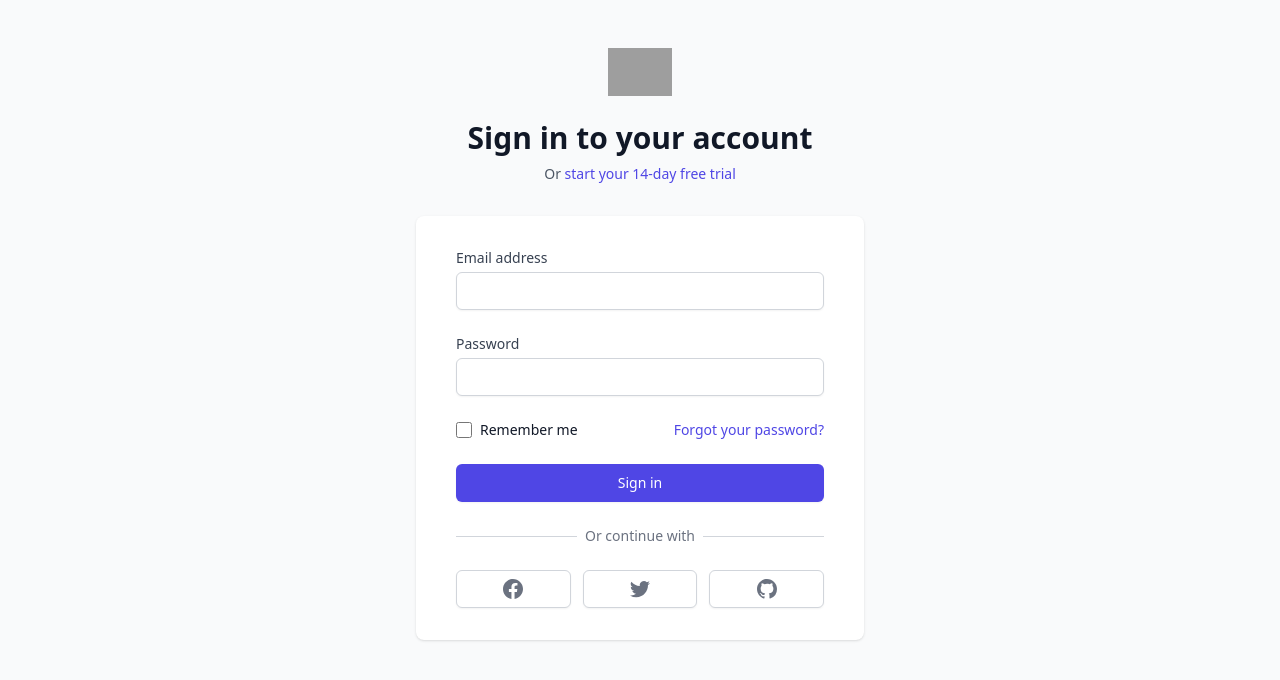
Repository: Dydja/dashAlladjai
Page: /
These files come from the project's save history. The page is drawn as it stood at one moment and after the next save; the edit follows.
The browser window is 1280 px wide. The pictures show the whole page.
Pictures or frames that could not be fetched are drawn as grey boxes. The project was rebuilt for these pictures with package versions that can differ from the ones it lists, and the page was loaded fresh each time. Also part of the build but not shown: vite.config.js.

Above is the page before, as saved 2024-01-28 21:40:02.

### index.html
<!doctype html>
<html lang="en" class="h-full bg-gray-50">
  <head>
    <meta charset="UTF-8" />
    <link rel="icon" href="/favicon.ico" />
    <meta name="viewport" content="width=device-width, initial-scale=1.0" />
    <title>Vite App</title>
  </head>
  <body class="h-full">
    <div id="app"></div>
    <script type="module" src="/src/main.js"></script>
  </body>
</html>

### src/main.js
// import './assets/main.css'
import "./style.css";

import { createApp } from 'vue'
import { createPinia } from 'pinia'

import App from './App.vue'
import router from './router'

const app = createApp(App)

app.use(createPinia())
app.use(router)

app.mount('#app')

### src/App.vue
<script setup>
import { RouterView } from 'vue-router'
// import HelloWorld from './components/HelloWorld.vue' RouterLink
</script>

<template>
  <!-- <header>
    <img alt="Vue logo" class="logo" src="@/assets/logo.svg" width="125" height="125" />

    <div class="wrapper">
      <HelloWorld msg="You did it!" />

      <nav>
        <RouterLink to="/">Home</RouterLink>
        <RouterLink to="/about">About</RouterLink>
        <RouterLink to="/login">Login</RouterLink>
      </nav>
    </div>
  </header> -->

  <RouterView />
</template>

<style scoped>
/* header {
  line-height: 1.5;
  max-height: 100vh;
}

.logo {
  display: block;
  margin: 0 auto 2rem;
}

nav {
  width: 100%;
  font-size: 12px;
  text-align: center;
  margin-top: 2rem;
}

nav a.router-link-exact-active {
  color: var(--color-text);
}

nav a.router-link-exact-active:hover {
  background-color: transparent;
}

nav a {
  display: inline-block;
  padding: 0 1rem;
  border-left: 1px solid var(--color-border);
}

nav a:first-of-type {
  border: 0;
}

@media (min-width: 1024px) {
  header {
    display: flex;
    place-items: center;
    padding-right: calc(var(--section-gap) / 2);
  }

  .logo {
    margin: 0 2rem 0 0;
  }

  header .wrapper {
    display: flex;
    place-items: flex-start;
    flex-wrap: wrap;
  }

  nav {
    text-align: left;
    margin-left: -1rem;
    font-size: 1rem;

    padding: 1rem 0;
    margin-top: 1rem;
  }
} */
</style>

### src/router/index.js
import { createRouter, createWebHistory } from 'vue-router'
import HomeView from '../views/HomeView.vue'

const router = createRouter({
  history: createWebHistory(import.meta.env.BASE_URL),
  routes: [
    {
      path: '/',
      name: 'home',
      component: HomeView
    },
    {
      path: '/login',
      name: 'Login',
      component: () => import('../views/auth/LoginView.vue')
    },
    {
      path: '/about',
      name: 'about',
      // route level code-splitting
      // this generates a separate chunk (About.[hash].js) for this route
      // which is lazy-loaded when the route is visited.
      component: () => import('../views/AboutView.vue')
    }
  ]
})

export default router

### src/views/HomeView.vue
<script setup>
// import TheWelcome from '../components/TheWelcome.vue'
import LoginView from '../views/auth/LoginView.vue'
</script>

<template>
  <main>
    <!-- <TheWelcome /> -->
    <LoginView />
  </main>
</template>

### src/views/auth/LoginView.vue

<template>
    <div class="min-h-full flex flex-col justify-center py-12 sm:px-6 lg:px-8">
        <div class="sm:mx-auto sm:w-full sm:max-w-md">
            <img class="mx-auto h-12 w-auto" src="https://tailwindui.com/img/logos/workflow-mark-indigo-600.svg"
                alt="Workflow" />
            <h2 class="mt-6 text-center text-3xl font-extrabold text-gray-900">Sign in to your account</h2>
            <p class="mt-2 text-center text-sm text-gray-600">
                Or
                {{ ' ' }}
                <a href="#" class="font-medium text-indigo-600 hover:text-indigo-500"> start your 14-day free trial </a>
            </p>
        </div>

        <div class="mt-8 sm:mx-auto sm:w-full sm:max-w-md">
            <div class="bg-white py-8 px-4 shadow sm:rounded-lg sm:px-10">
                <form class="space-y-6" action="#" method="POST">
                    <div>
                        <label for="email" class="block text-sm font-medium text-gray-700"> Email address </label>
                        <div class="mt-1">
                            <input id="email" name="email" type="email" autocomplete="email" required=""
                                class="appearance-none block w-full px-3 py-2 border border-gray-300 rounded-md shadow-sm placeholder-gray-400 focus:outline-none focus:ring-indigo-500 focus:border-indigo-500 sm:text-sm" />
                        </div>
                    </div>

                    <div>
                        <label for="password" class="block text-sm font-medium text-gray-700"> Password </label>
                        <div class="mt-1">
                            <input id="password" name="password" type="password" autocomplete="current-password" required=""
                                class="appearance-none block w-full px-3 py-2 border border-gray-300 rounded-md shadow-sm placeholder-gray-400 focus:outline-none focus:ring-indigo-500 focus:border-indigo-500 sm:text-sm" />
                        </div>
                    </div>

                    <div class="flex items-center justify-between">
                        <div class="flex items-center">
                            <input id="remember-me" name="remember-me" type="checkbox"
                                class="h-4 w-4 text-indigo-600 focus:ring-indigo-500 border-gray-300 rounded" />
                            <label for="remember-me" class="ml-2 block text-sm text-gray-900"> Remember me </label>
                        </div>

                        <div class="text-sm">
                            <a href="#" class="font-medium text-indigo-600 hover:text-indigo-500"> Forgot your password?
                            </a>
                        </div>
                    </div>

                    <div>
                        <button type="submit"
                            class="w-full flex justify-center py-2 px-4 border border-transparent rounded-md shadow-sm text-sm font-medium text-white bg-indigo-600 hover:bg-indigo-700 focus:outline-none focus:ring-2 focus:ring-offset-2 focus:ring-indigo-500">Sign
                            in</button>
                    </div>
                </form>

                <div class="mt-6">
                    <div class="relative">
                        <div class="absolute inset-0 flex items-center">
                            <div class="w-full border-t border-gray-300" />
                        </div>
                        <div class="relative flex justify-center text-sm">
                            <span class="px-2 bg-white text-gray-500"> Or continue with </span>
                        </div>
                    </div>

                    <div class="mt-6 grid grid-cols-3 gap-3">
                        <div>
                            <a href="#"
                                class="w-full inline-flex justify-center py-2 px-4 border border-gray-300 rounded-md shadow-sm bg-white text-sm font-medium text-gray-500 hover:bg-gray-50">
                                <span class="sr-only">Sign in with Facebook</span>
                                <svg class="w-5 h-5" aria-hidden="true" fill="currentColor" viewBox="0 0 20 20">
                                    <path fill-rule="evenodd"
                                        d="M20 10c0-5.523-4.477-10-10-10S0 4.477 0 10c0 4.991 3.657 9.128 8.438 9.878v-6.987h-2.54V10h2.54V7.797c0-2.506 1.492-3.89 3.777-3.89 1.094 0 2.238.195 2.238.195v2.46h-1.26c-1.243 0-1.63.771-1.63 1.562V10h2.773l-.443 2.89h-2.33v6.988C16.343 19.128 20 14.991 20 10z"
                                        clip-rule="evenodd" />
                                </svg>
                            </a>
                        </div>

                        <div>
                            <a href="#"
                                class="w-full inline-flex justify-center py-2 px-4 border border-gray-300 rounded-md shadow-sm bg-white text-sm font-medium text-gray-500 hover:bg-gray-50">
                                <span class="sr-only">Sign in with Twitter</span>
                                <svg class="w-5 h-5" aria-hidden="true" fill="currentColor" viewBox="0 0 20 20">
                                    <path
                                        d="M6.29 18.251c7.547 0 11.675-6.253 11.675-11.675 0-.178 0-.355-.012-.53A8.348 8.348 0 0020 3.92a8.19 8.19 0 01-2.357.646 4.118 4.118 0 001.804-2.27 8.224 8.224 0 01-2.605.996 4.107 4.107 0 00-6.993 3.743 11.65 11.65 0 01-8.457-4.287 4.106 4.106 0 001.27 5.477A4.073 4.073 0 01.8 7.713v.052a4.105 4.105 0 003.292 4.022 4.095 4.095 0 01-1.853.07 4.108 4.108 0 003.834 2.85A8.233 8.233 0 010 16.407a11.616 11.616 0 006.29 1.84" />
                                </svg>
                            </a>
                        </div>

                        <div>
                            <a href="#"
                                class="w-full inline-flex justify-center py-2 px-4 border border-gray-300 rounded-md shadow-sm bg-white text-sm font-medium text-gray-500 hover:bg-gray-50">
                                <span class="sr-only">Sign in with GitHub</span>
                                <svg class="w-5 h-5" aria-hidden="true" fill="currentColor" viewBox="0 0 20 20">
                                    <path fill-rule="evenodd"
                                        d="M10 0C4.477 0 0 4.484 0 10.017c0 4.425 2.865 8.18 6.839 9.504.5.092.682-.217.682-.483 0-.237-.008-.868-.013-1.703-2.782.605-3.369-1.343-3.369-1.343-.454-1.158-1.11-1.466-1.11-1.466-.908-.62.069-.608.069-.608 1.003.07 1.531 1.032 1.531 1.032.892 1.53 2.341 1.088 2.91.832.092-.647.35-1.088.636-1.338-2.22-.253-4.555-1.113-4.555-4.951 0-1.093.39-1.988 1.029-2.688-.103-.253-.446-1.272.098-2.65 0 0 .84-.27 2.75 1.026A9.564 9.564 0 0110 4.844c.85.004 1.705.115 2.504.337 1.909-1.296 2.747-1.027 2.747-1.027.546 1.379.203 2.398.1 2.651.64.7 1.028 1.595 1.028 2.688 0 3.848-2.339 4.695-4.566 4.942.359.31.678.921.678 1.856 0 1.338-.012 2.419-.012 2.747 0 .268.18.58.688.482A10.019 10.019 0 0020 10.017C20 4.484 15.522 0 10 0z"
                                        clip-rule="evenodd" />
                                </svg>
                            </a>
                        </div>
                    </div>
                </div>
            </div>
        </div>
    </div>
</template>


<style>
/* @media (min-width: 1024px) {
    .about {
        min-height: 100vh;
        display: flex;
        align-items: center;
    }
} */
</style>

Loaded but not shown: src/style.css (common file); tailwind.config.js (common file)

After the next save:
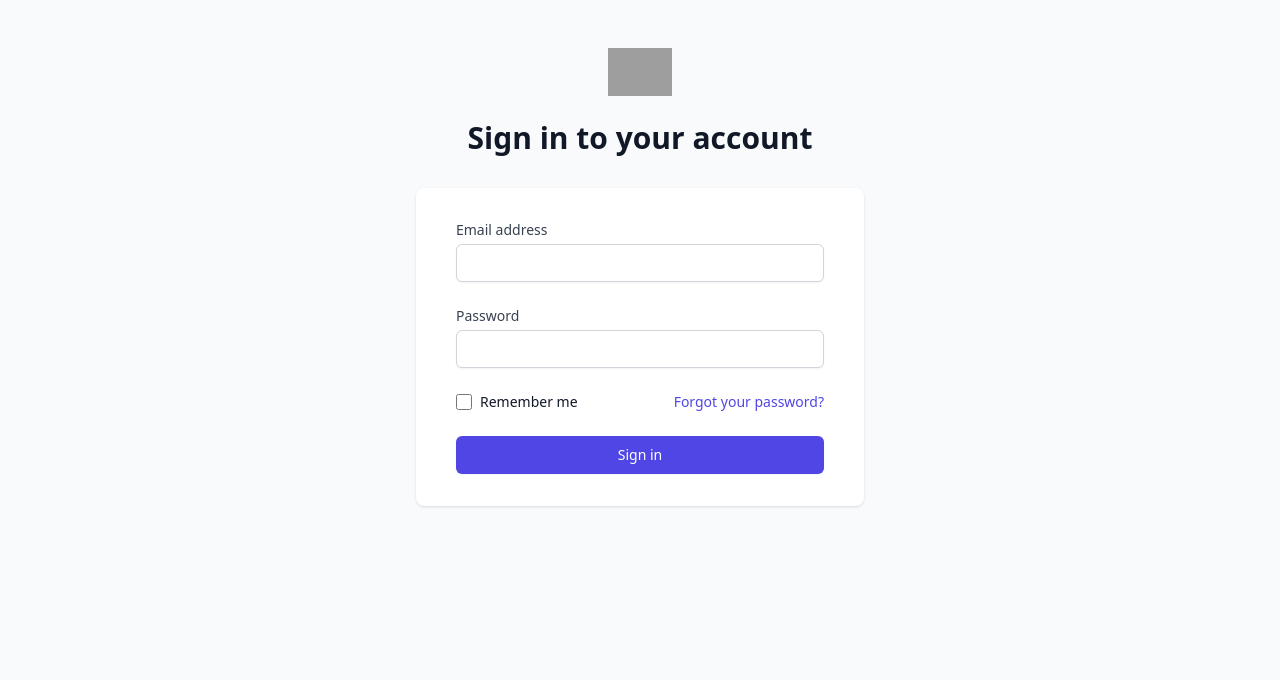
Saved 18 s later.
--- a/src/views/auth/LoginView.vue
+++ b/src/views/auth/LoginView.vue
@@ -5,11 +5,7 @@
             <img class="mx-auto h-12 w-auto" src="https://tailwindui.com/img/logos/workflow-mark-indigo-600.svg"
                 alt="Workflow" />
             <h2 class="mt-6 text-center text-3xl font-extrabold text-gray-900">Sign in to your account</h2>
-            <p class="mt-2 text-center text-sm text-gray-600">
-                Or
-                {{ ' ' }}
-                <a href="#" class="font-medium text-indigo-600 hover:text-indigo-500"> start your 14-day free trial </a>
-            </p>
+
         </div>
 
         <div class="mt-8 sm:mx-auto sm:w-full sm:max-w-md">
@@ -51,53 +47,7 @@
                     </div>
                 </form>
 
-                <div class="mt-6">
-                    <div class="relative">
-                        <div class="absolute inset-0 flex items-center">
-                            <div class="w-full border-t border-gray-300" />
-                        </div>
-                        <div class="relative flex justify-center text-sm">
-                            <span class="px-2 bg-white text-gray-500"> Or continue with </span>
-                        </div>
-                    </div>
 
-                    <div class="mt-6 grid grid-cols-3 gap-3">
-                        <div>
-                            <a href="#"
-                                class="w-full inline-flex justify-center py-2 px-4 border border-gray-300 rounded-md shadow-sm bg-white text-sm font-medium text-gray-500 hover:bg-gray-50">
-                                <span class="sr-only">Sign in with Facebook</span>
-                                <svg class="w-5 h-5" aria-hidden="true" fill="currentColor" viewBox="0 0 20 20">
-                                    <path fill-rule="evenodd"
-                                        d="M20 10c0-5.523-4.477-10-10-10S0 4.477 0 10c0 4.991 3.657 9.128 8.438 9.878v-6.987h-2.54V10h2.54V7.797c0-2.506 1.492-3.89 3.777-3.89 1.094 0 2.238.195 2.238.195v2.46h-1.26c-1.243 0-1.63.771-1.63 1.562V10h2.773l-.443 2.89h-2.33v6.988C16.343 19.128 20 14.991 20 10z"
-                                        clip-rule="evenodd" />
-                                </svg>
-                            </a>
-                        </div>
-
-                        <div>
-                            <a href="#"
-                                class="w-full inline-flex justify-center py-2 px-4 border border-gray-300 rounded-md shadow-sm bg-white text-sm font-medium text-gray-500 hover:bg-gray-50">
-                                <span class="sr-only">Sign in with Twitter</span>
-                                <svg class="w-5 h-5" aria-hidden="true" fill="currentColor" viewBox="0 0 20 20">
-                                    <path
-                                        d="M6.29 18.251c7.547 0 11.675-6.253 11.675-11.675 0-.178 0-.355-.012-.53A8.348 8.348 0 0020 3.92a8.19 8.19 0 01-2.357.646 4.118 4.118 0 001.804-2.27 8.224 8.224 0 01-2.605.996 4.107 4.107 0 00-6.993 3.743 11.65 11.65 0 01-8.457-4.287 4.106 4.106 0 001.27 5.477A4.073 4.073 0 01.8 7.713v.052a4.105 4.105 0 003.292 4.022 4.095 4.095 0 01-1.853.07 4.108 4.108 0 003.834 2.85A8.233 8.233 0 010 16.407a11.616 11.616 0 006.29 1.84" />
-                                </svg>
-                            </a>
-                        </div>
-
-                        <div>
-                            <a href="#"
-                                class="w-full inline-flex justify-center py-2 px-4 border border-gray-300 rounded-md shadow-sm bg-white text-sm font-medium text-gray-500 hover:bg-gray-50">
-                                <span class="sr-only">Sign in with GitHub</span>
-                                <svg class="w-5 h-5" aria-hidden="true" fill="currentColor" viewBox="0 0 20 20">
-                                    <path fill-rule="evenodd"
-                                        d="M10 0C4.477 0 0 4.484 0 10.017c0 4.425 2.865 8.18 6.839 9.504.5.092.682-.217.682-.483 0-.237-.008-.868-.013-1.703-2.782.605-3.369-1.343-3.369-1.343-.454-1.158-1.11-1.466-1.11-1.466-.908-.62.069-.608.069-.608 1.003.07 1.531 1.032 1.531 1.032.892 1.53 2.341 1.088 2.91.832.092-.647.35-1.088.636-1.338-2.22-.253-4.555-1.113-4.555-4.951 0-1.093.39-1.988 1.029-2.688-.103-.253-.446-1.272.098-2.65 0 0 .84-.27 2.75 1.026A9.564 9.564 0 0110 4.844c.85.004 1.705.115 2.504.337 1.909-1.296 2.747-1.027 2.747-1.027.546 1.379.203 2.398.1 2.651.64.7 1.028 1.595 1.028 2.688 0 3.848-2.339 4.695-4.566 4.942.359.31.678.921.678 1.856 0 1.338-.012 2.419-.012 2.747 0 .268.18.58.688.482A10.019 10.019 0 0020 10.017C20 4.484 15.522 0 10 0z"
-                                        clip-rule="evenodd" />
-                                </svg>
-                            </a>
-                        </div>
-                    </div>
-                </div>
             </div>
         </div>
     </div>
